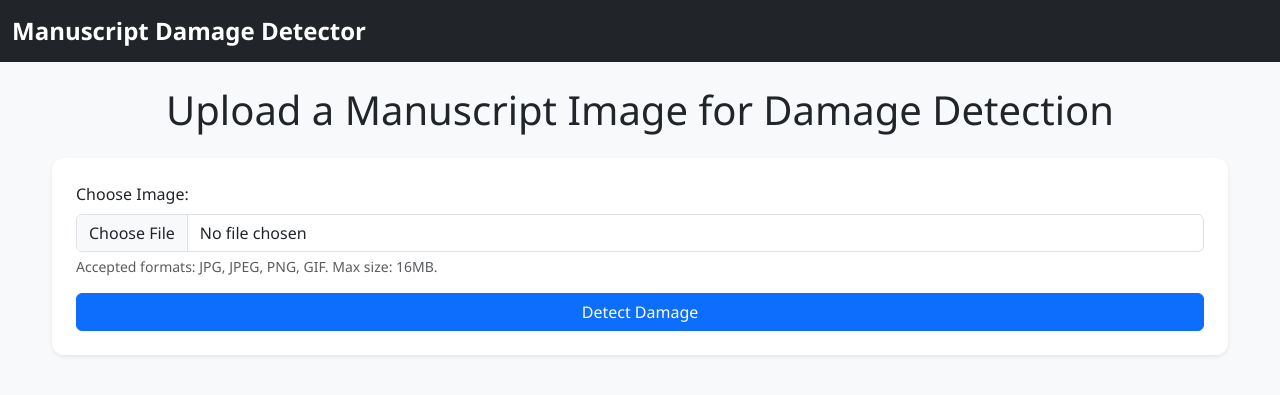
Repository: ravi78863/manuscripts
Page: http://localhost/
These files come from the project's save history. The page is drawn as it stood at one moment and after the next save; the edit follows.
The browser window is 1280 px wide. The pictures show the whole page.
The page is served by the project's application, run on Flask 3 (app.py).

Above is the page before, as saved 2025-11-07 12:27:51.

After the next save:
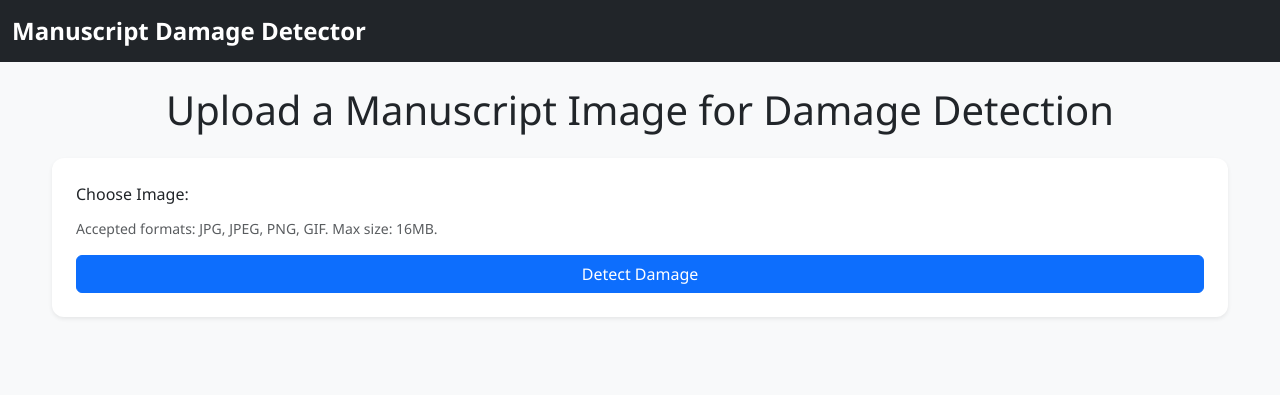
Saved 51 min 28 s later.
--- a/static/css/style.css
+++ b/static/css/style.css
@@ -52,3 +52,58 @@ body {
     width: 3rem;
     height: 3rem;
 }
+
+/* --- New Drop Zone Styles --- */
+
+/* The main drop zone container */
+.drop-zone {
+    display: flex;
+    flex-direction: column;
+    justify-content: center;
+    align-items: center;
+    padding: 40px;
+    border: 2px dashed #0d6efd;
+    /* Primary blue dashed border */
+    border-radius: 0.75rem;
+    background-color: #f8f9fa;
+    /* Light gray background */
+    cursor: pointer;
+    transition: background-color 0.2s ease-in-out, border-color 0.2s ease-in-out;
+}
+
+/* Style when user is dragging a file over the box */
+.drop-zone-over {
+    background-color: #e0e9ff;
+    /* Light blue background */
+    border-color: #0a58ca;
+    /* Darker blue border */
+}
+
+/* The prompt text like "Click or Drag..." */
+.drop-zone-prompt {
+    font-size: 1.25rem;
+    font-weight: 500;
+    color: #333;
+    margin-top: 15px;
+}
+
+/* The "Supports PNG..." text */
+.drop-zone-formats {
+    font-size: 0.9rem;
+    color: #6c757d;
+    /* Muted gray text */
+    margin-top: 5px;
+}
+
+/* The upload icon */
+.upload-icon {
+    width: 40px;
+    height: 40px;
+    color: #0d6efd;
+    /* Primary blue */
+}
+
+/* This is the actual file input - we hide it */
+#manuscriptImage {
+    display: none;
+}
